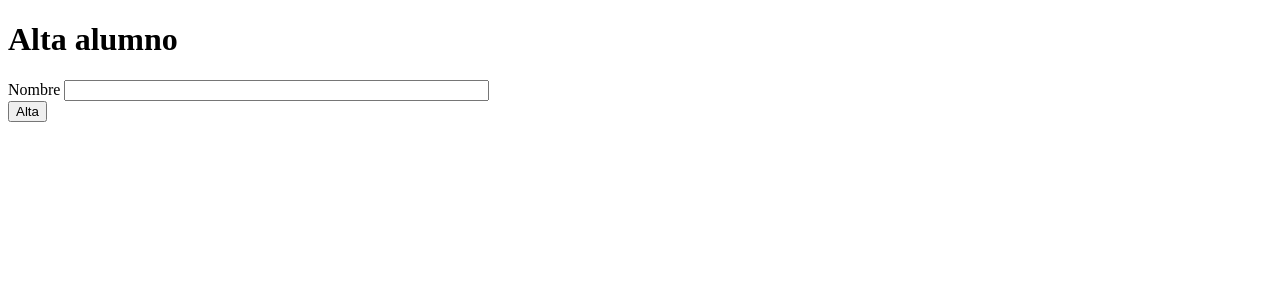
Repository: Carlos-Mar14/TereMac
Page: forms/src/main/webapp/index.html
These files come from the project's save history. The page is drawn as it stood at one moment and after the next save; the edit follows.
The browser window is 1280 px wide. The pictures show the whole page.

Above is the page before, as saved 2024-06-11 14:33:24.

After the next save:
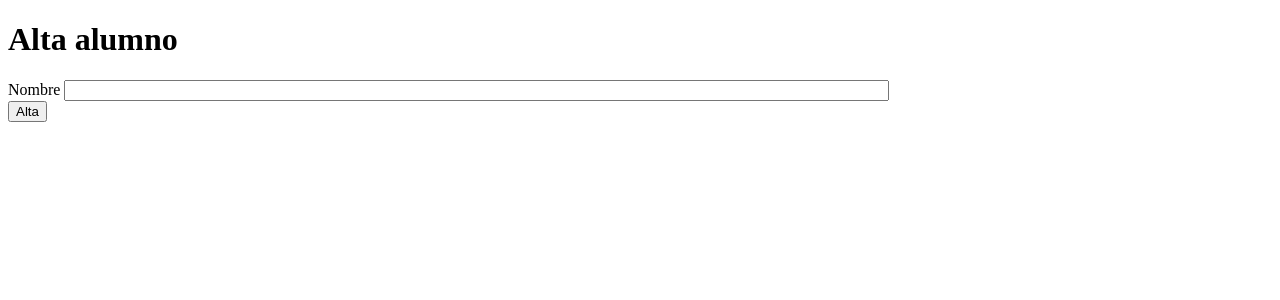
Saved 44 s later.
--- a/forms/src/main/webapp/index.html
+++ b/forms/src/main/webapp/index.html
@@ -10,7 +10,7 @@
 
 <form name="datos_alumnos" action="procesador" method="post">
 	<label for="nom">Nombre</label>
-	<input type="text" name="form_nom" required size="50" id="nom">
+	<input type="text" name="form_nom" required size="100" id="nom">
 	<br>
 	<input type="submit" value="Alta">
 
